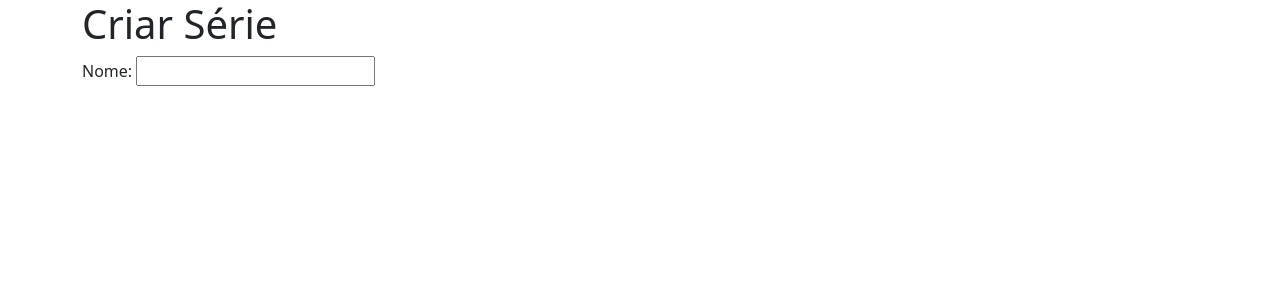
Repository: joaoDelaGracia/laravelTeste
Page: http://localhost/series/criar
An editor plug-in stored every save of this project. The page is shown before and after the next save, followed by the edit.
The browser window is 1280 px wide. The pictures show the whole page.
The page is served by the project's Laravel application, run on PHP 8.4 with Laravel 12. Other server files are loaded and not shown. Style sheets and scripts are compiled from the project's sources, by tool versions that may differ from the author's.

Above is the page before, as saved 2025-05-26 13:00:31.

### app/Listeners/EmailUsersAboutSeriesCreated.php
<?php

namespace App\Listeners;

use App\Events\SeriesCreated as EventsSeriesCreated;
use App\Mail\SeriesCreated;
use App\Models\User;
use Illuminate\Contracts\Queue\ShouldQueue;
use Illuminate\Queue\InteractsWithQueue;
use Illuminate\Support\Facades\Mail;

class EmailUsersAboutSeriesCreated
{
    /**
     * Create the event listener.
     */
    public function __construct()
    {
        //
    }

    /**
     * Handle the event.
     */
    public function handle(EventsSeriesCreated $event): void
    {

        $userList = User::all();
        // dd($userList);
        foreach($userList as $index => $user){
            $email = new SeriesCreated(
                    $event->nome,
                    $event->id,
                    $event->seasonsQty,
                    $event->episodesPerSeason
                );
            $when = now()->addSeconds($index * 5);
            Mail::to($user)->later($when,$email);

        }

    }
}

### app/Listeners/LogSeriesCreated.php
<?php

namespace App\Listeners;

use App\Events\SeriesCreated;
use Illuminate\Contracts\Queue\ShouldQueue;
use Illuminate\Queue\InteractsWithQueue;
use Illuminate\Support\Facades\Log;

class LogSeriesCreated implements ShouldQueue
{
    /**
     * Create the event listener.
     */
    public function __construct()
    {
        //
    }

    /**
     * Handle the event.
     */
    public function handle(SeriesCreated $event): void
    {
        Log::info("Série {$event->nome} criada com sucesso");
    }
}

### routes/web.php
<?php

use App\Http\Controllers\SeriesController;
use Illuminate\Support\Facades\Route;

Route::get('/', function () {
    return view('welcome');
});

Route::get('/series', [SeriesController::class, 'index']);
Route::get('/series/criar', [SeriesController::class, 'create']);

### app/Http/Controllers/SeriesController.php
<?php

namespace App\Http\Controllers;

use Illuminate\Http\Request;

class SeriesController extends Controller
{
    public function index(Request $request){

        $series = [
            "Punisher",
            "Lost",
            "Grey\'s Anatomy"
        ];

        return view('series.index', compact('series'));

    }

    public function create(Request $request){
        return view("series.create");
    }

}

### app/Http/Controllers/Controller.php
<?php

namespace App\Http\Controllers;

use Barryvdh\Debugbar\Controllers\BaseController;

abstract class Controller extends BaseController
{
    //
}

### resources/views/series/create.blade.php
<x-layout title="Criar Série">
    <form action="" method="post">
        <label for="nome">Nome:</label>
        <input type="text" id="nome" name="nome">
    </form>
</x-layout>

### resources/views/components/layout.blade.php
<!DOCTYPE html>
<html lang="en">
<head>
    <meta charset="UTF-8">
    <meta name="viewport" content="width=device-width, initial-scale=1.0">
    <title>{{ $title }} - Controle de Séries</title>
    @vite(['resources/css/app.scss', 'resources/js/app.js'])
</head>
<body>
    <div class="container">
        <h1 class="">{{ $title }} </h1>
        {{ $slot }}
    </div>
</body>
</html>

### resources/css/app.scss
// @tailwind base;
// @tailwind components;
// @tailwind utilities;
@import 'bootstrap/scss/bootstrap';

// Tailwind não reconhece diretivas como @source ou @theme dentro de SCSS.
// Elas devem ir na configuração do Tailwind (`tailwind.config.js`), não no .scss.

// Fontes personalizadas com Tailwind podem ser definidas no tailwind.config.js também,
// mas se quiser adicionar diretamente no SCSS, pode fazer isso assim:
:root {
    --font-sans: 'Instrument Sans', ui-sans-serif, system-ui, sans-serif, 'Apple Color Emoji',
        'Segoe UI Emoji', 'Segoe UI Symbol', 'Noto Color Emoji';
}

After the next save:
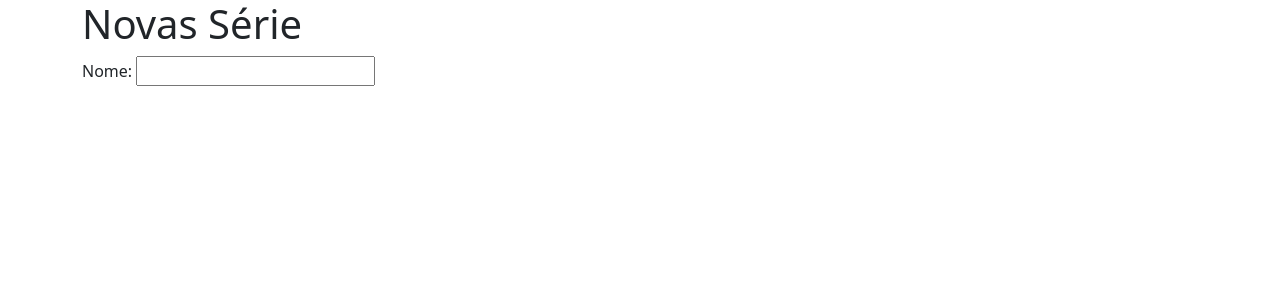
Saved 8 s later.
--- a/resources/views/series/create.blade.php
+++ b/resources/views/series/create.blade.php
@@ -1,4 +1,4 @@
-<x-layout title="Criar Série">
+<x-layout title="Novas Série">
     <form action="" method="post">
         <label for="nome">Nome:</label>
         <input type="text" id="nome" name="nome">
